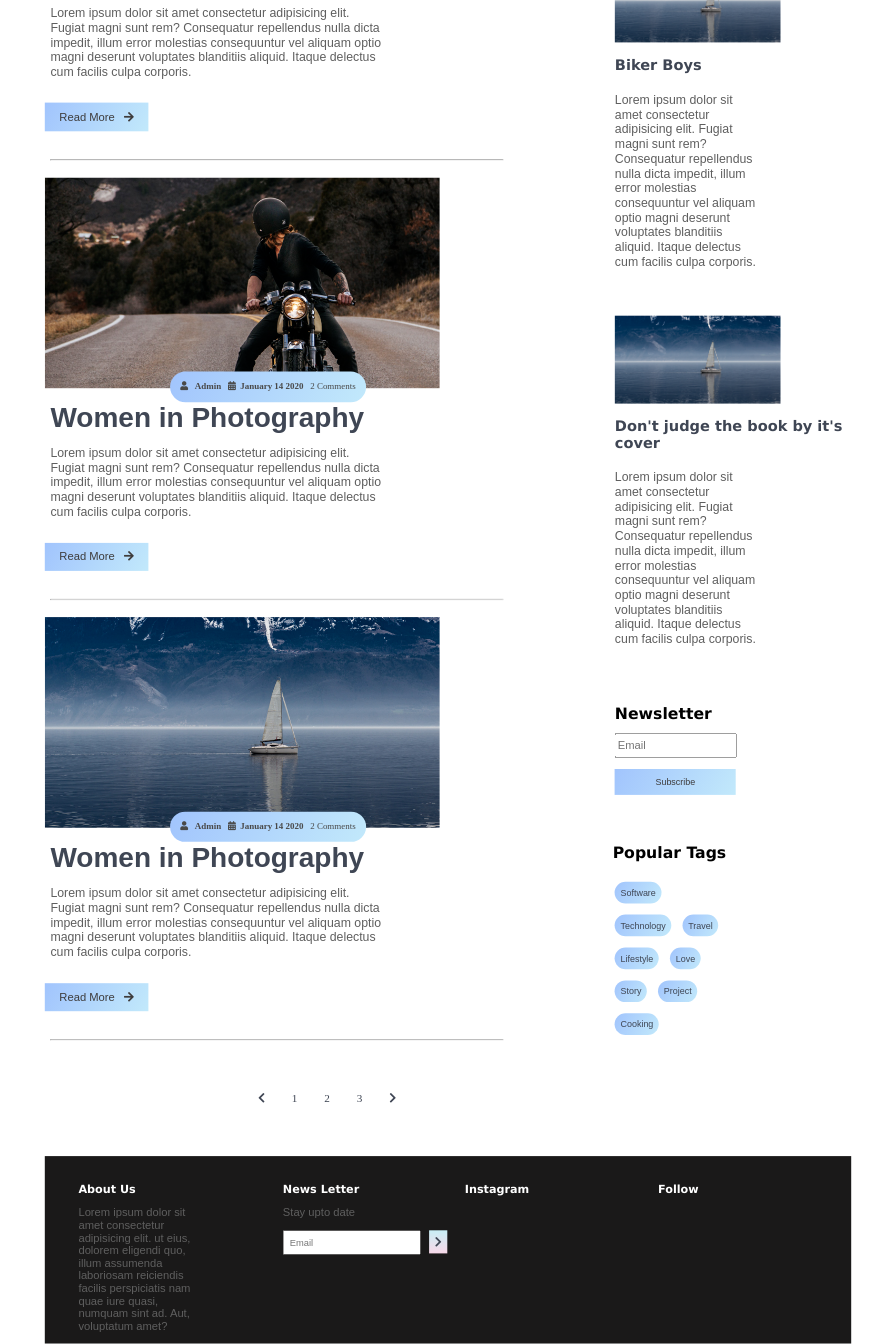
Repository: premjawaharp/Blogsite
Page: index.html
An editor plug-in stored every save of this project. The page is shown before and after the next save, followed by the edit.
The browser window is 1280 px wide. The pictures show the part of the page from y = 2301 to 4221 px (the page is 4221 px tall before and 4189 px after), at 70% of full size.

Above is the page before, as saved 2020-09-18 15:21:32.

After the next save:
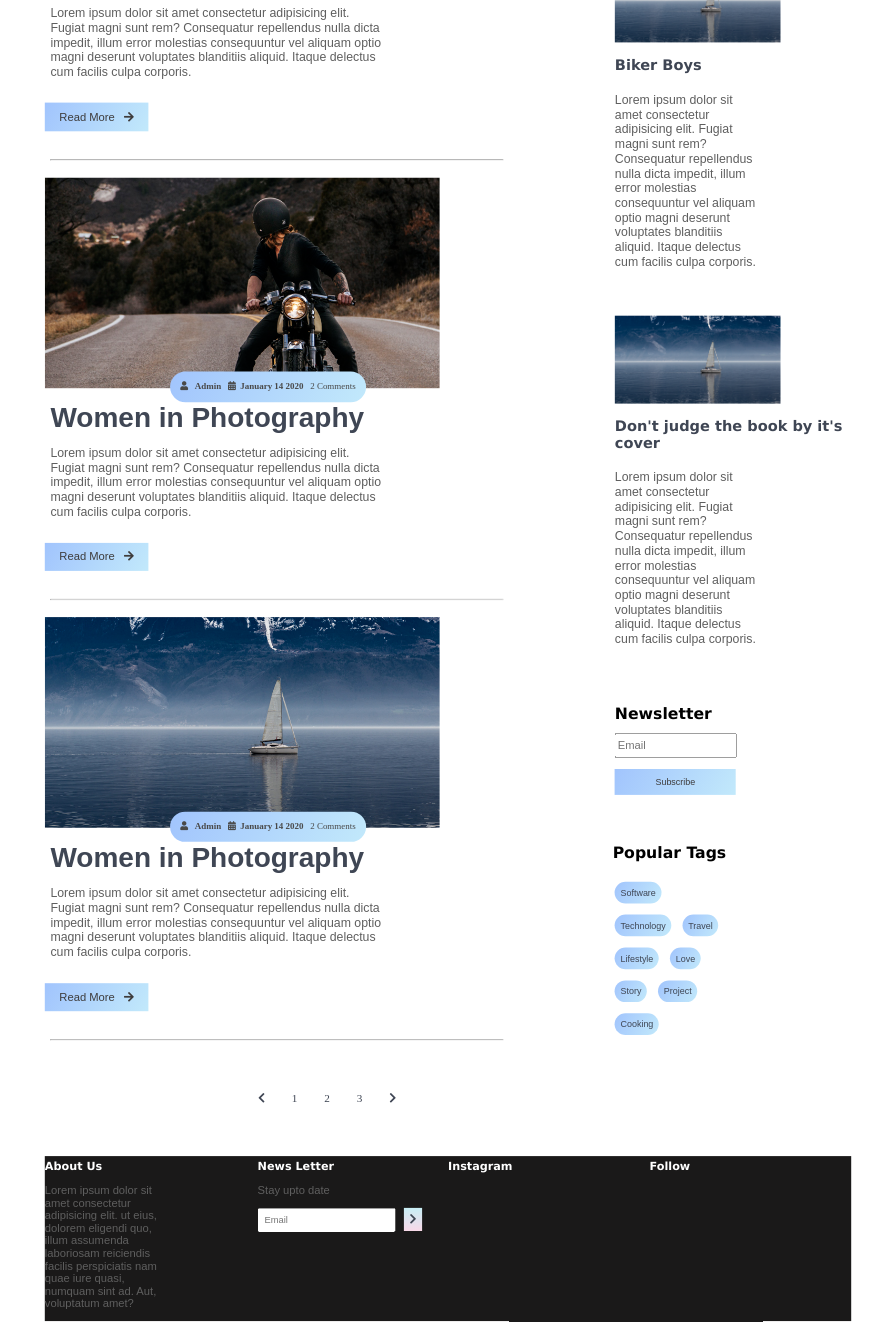
Saved 10 s later.
--- a/css/style.css
+++ b/css/style.css
@@ -480,10 +480,7 @@ main .news-letter .news-form .new-form-btn {
     margin-bottom: .7rem;
 
 }
-.footer .pad-pad{
-    padding-left:3rem;
-    padding-top: 2rem;
-}
+
 .footer .news-inputs span{
     color: var(--text-gray);
     padding:.5rem;
